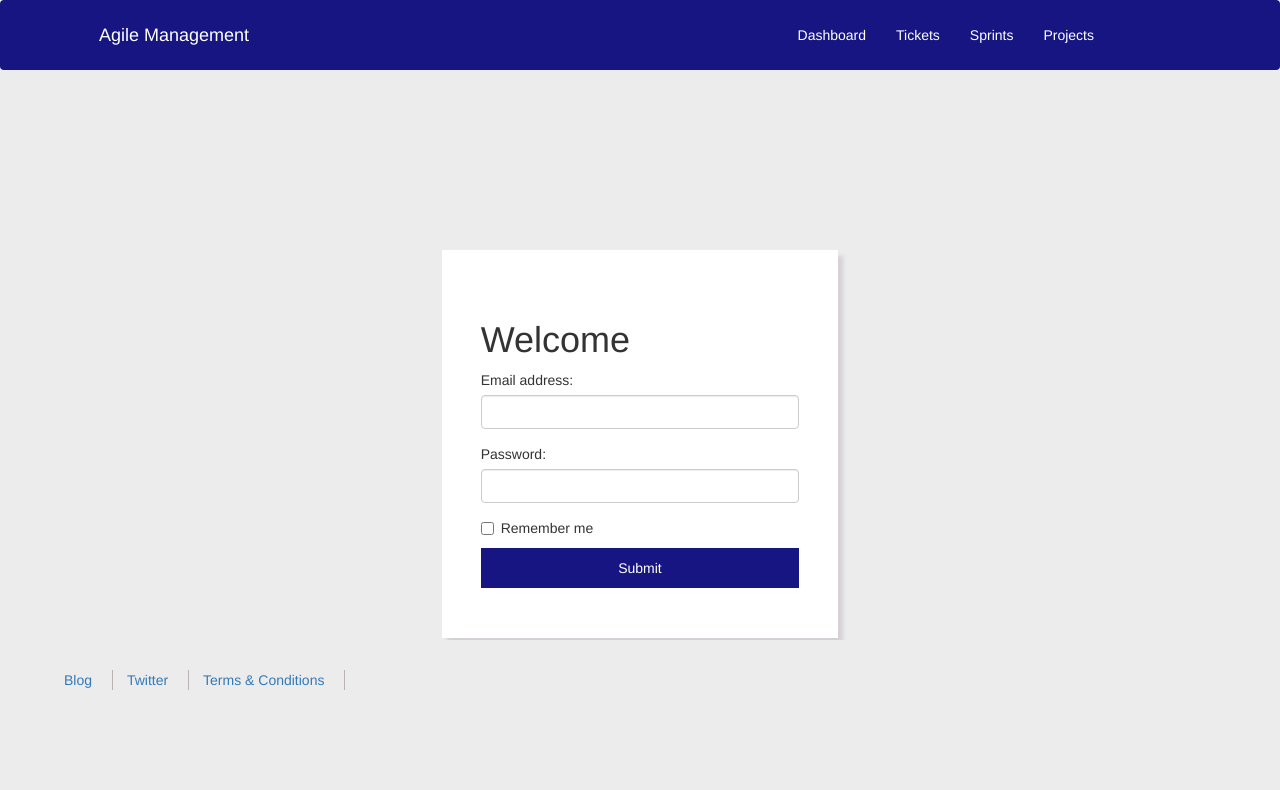
Repository: princexavier/agil
Page: http://localhost/Agile/login.jsp
These files come from the project's save history. The page is drawn as it stood at one moment and after a run of saves; the edit follows.
The browser window is 1280 px wide. The pictures show the whole page.
Some web libraries are served in a nearby version. The page is served by Tomcat 9. Other server files are loaded and not shown.

Above is the page before, as saved 2018-01-19 05:08:41.

### workspace/Agile/WebContent/login.jsp
<%@ page language="java" contentType="text/html; charset=ISO-8859-1"
	pageEncoding="ISO-8859-1"%>

<!DOCTYPE html>
<html lang="en">

<head>
<meta charset="UTF-8">
<title>Login</title>
<link rel="stylesheet"
	href="https://maxcdn.bootstrapcdn.com/bootstrap/3.3.7/css/bootstrap.min.css">
<link rel="stylesheet" href="css/style.css">
<!-- jQuery library -->
<script
	src="https://ajax.googleapis.com/ajax/libs/jquery/3.2.1/jquery.min.js"></script>
<!-- Latest compiled JavaScript -->
<script
	src="https://maxcdn.bootstrapcdn.com/bootstrap/3.3.7/js/bootstrap.min.js"></script>
</head>

<body>

	<header>
		<nav class="navbar navbar-default">
			<div class="container-fluid">
				<div class="navbar-header">
					<a class="navbar-brand" href="#">Agile Management</a>
				</div>
				<ul class="nav navbar-nav">
					<li class="active"><a href="#">Dashboard</a></li>
					<li><a href="ticket.html">Tickets</a></li>
					<li><a href="ticket.html">Sprints</a></li>
					<li><a href="#">Projects</a></li>
				</ul>
			</div>
		</nav>
	</header>
	<div class="container"
		style="height: 100vh; width: 100%; background: #ececec;">
		<div class="row">
			<div class="col-md-4"></div>
			<div class="col-md-4">
				<form action="project.html"
					style="padding: 50px 39px; box-shadow: 5px 6px 4px #d4cfd4f7; background: #fff; margin-top: 180px;">
					<h1>Welcome</h1>
					<div class="form-group">
						<label for="email">Email address:</label> <input type="email"
							class="form-control" id="email">
					</div>
					<div class="form-group">
						<label for="pwd">Password:</label> <input type="password"
							class="form-control" id="pwd">
					</div>
					<div class="checkbox">
						<label> <input type="checkbox"> Remember me
						</label>
					</div>
					<input type="submit"
						style="padding: 10px 0px; border: none; width: 100%; background: #161582; color: #fff;">
				</form>
			</div>
			<div class="col-md-4"></div>
		</div>
	</div>
	<footer>
		<ul class="foot-content">
			<li><a href="#">Blog</a></li>
			<li><a href="#">Twitter</a></li>
			<li><a href="#">Terms & Conditions</a></li>
		</ul>
	</footer>
</body>

</html>

### workspace/Agile/WebContent/css/style.css
* {
	margin: 0px;
	padding: 0px;
	text-decoration: none;
	list-style-type: none;
}

a:hover {
	text-decoration: none;
}

.reg-form {
	margin-top: 40%;
}

.sign-up {
	outline:none;
	border: none;
	display: block;
	width: 100%;
	padding: 13px;
	border-radius: 40px;
	background: #161582;
	color: #fff;
}
.reg-form h2{
	margin-top: 20%;
    margin-bottom: 5%;
    text-align: center;
}
.reg-form span{
	display:block;
	padding-top:22px;
	padding-bottom:22px;
	text-align:center;
}
.reg-form input {
	cursor: pointer;
	padding-bottom: 10px;
	margin-bottom: 20px;
	outline: none;
	display: block;
	width: 100%;
	border: none;
	border-bottom: 1px solid #c7bdbd;
	transition: 0.8s ease;
}

.reg-form input:focus {
	border-bottom: 1px solid #161582;
}

.divider-1 {
	display: inline-block;
	width: calc(100%/ 1);
	float: left;
}

.divider-2 {
	display: inline-block;
	width: calc(100%/ 2);
	float: left;
}

.color {
	color: #161582;
	padding-right: 5px;
	cursor: pointer;
	transition: 0.2s ease-in-out;
}

.color:hover {
	color: #16158261;
}

.clearfix:after {
	content: "";
	display: block;
	clear: both;
}

.navbar-nav {
	float: right;
	margin-right: 100px;
}

.navbar-default {
	border: none;
	padding: 10px 56px 10px 84px;
	background: #161582;
	margin-bottom: 0px;
}

.navbar-brand,.navbar-nav>li>a {
	color: #fff !important;
}

nav .active a {
	background-color: transparent !important;
}

.dashboard {
	padding: 20px 0px;
	background: #ececec;
}

.dash-title {
	padding-left: 111px;
}

.auth {
	background: #ececec;
	padding: 20px;
}

.left-content>span {
	display: block;
}

.lab-title {
	padding: 20px 0px;
}

.bg {
	margin-top: 20px;
	padding: 10px 0px;
	background: #a6e4a6;
}

.bg a>button {
	float: right;
	margin-right: 20px;
	border: none;
}

footer {
	position: fixed;
	bottom: 0px;
	width: 100%;
	padding: 20px 0px;
	background: #ececec;
}

.right-bor {
	border-right: 1px solid #ececec;
}

.foot-content:first-child {
	margin-left: 64px;
	margin-top: 10px;
}

.foot-content li {
	border-right: 1px solid #a79a9ab8;
	padding-right: 20px;
	display: inline-block;
	margin-right: 10px;
}

.bar {
	width: 90%;
	background: #ececec;
	border-left: 10px solid blue;
}

.bar>span {
	float: right;
}

/*Ticket page style */
.btn-style {
	border: none;
	color: #fff;
	outline: none;
	background: #161582;
	transition: 0.5s ease-in-out;
}

.first-btn {
	margin-left: 150px
}

.btn-style:hover {
	background: #161582a8;
}

.icon-style {
	padding-right: 10px;
}

.events {

}

.list-style {
	padding: 10px 0px;
}

/*New ticket page style*/
.cs-btn {
	padding: 11px 10px;
	margin-left: 150px;
	color: #ffff;
	background: #161582;
	transition: 0.5s ease-in-out;
}

.cs-btn:hover {
	background: #1615825c;
	color: #fff;
}

textarea {
	resize: none;
}

.nav-tabs {
	margin-bottom: 50px;
}

label {
	font-weight: 300;
}

.btn-primary {
	background-color: #161582;
}

#menu4>p {
	padding: 20px 10px;
	background: #ececec;
	margin-bottom: 40px;
}

input[type="date"] {
	border-radius: 4px;
}

After the next 2 saves:
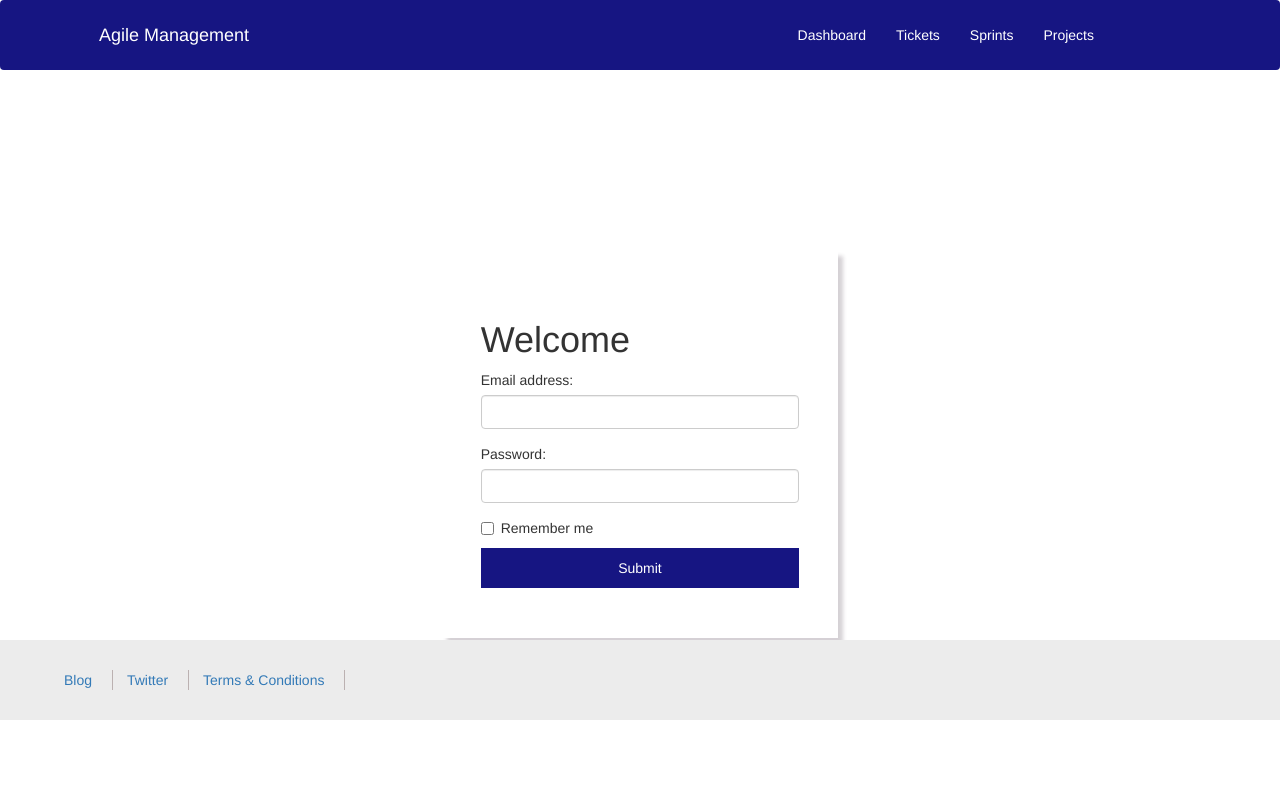
The 2 saves are shown as one change because they came seconds apart.
The last was saved 9 s later.
--- a/workspace/Agile/WebContent/login.jsp
+++ b/workspace/Agile/WebContent/login.jsp
@@ -36,7 +36,7 @@
 		</nav>
 	</header>
 	<div class="container"
-		style="height: 100vh; width: 100%; background: #ececec;">
+		style="height: 100vh; width: 100%;">
 		<div class="row">
 			<div class="col-md-4"></div>
 			<div class="col-md-4">
